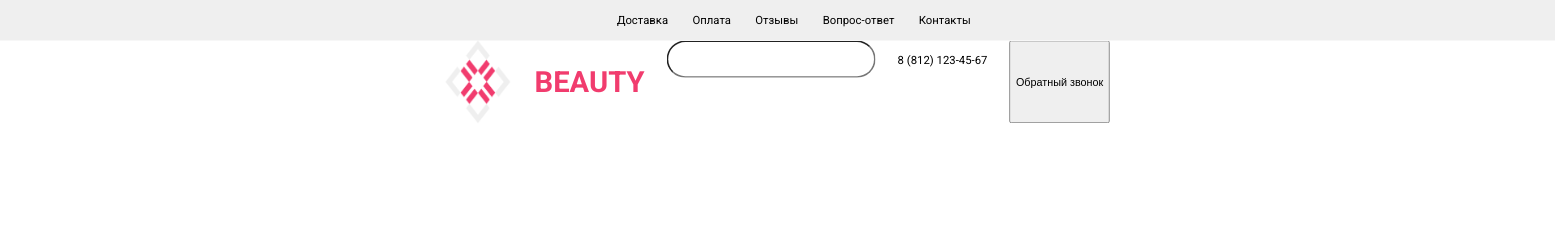
Repository: savannaaaas/verstka
Page: index.html
The author's editor kept a copy of each file at every save. The page is drawn from the files as they stood at one save, then again after the next save.
The browser window is 1280 px wide. The page is 1920 px wide, so the pictures cover 1920 px, including what lies to the right of the window. The pictures show the whole page, at 81% of full size.
Some web fonts or font styles are not loaded; a fallback is used.

Above is the page before, as saved 2025-04-15 15:47:59.

### index.html
<!DOCTYPE html>
<html lang="en">
<head>
    <meta charset="UTF-8">
    <meta name="viewport" content="width=device-width, initial-scale=1.0">
    <title>Figma</title>
    <link rel="preconnect" href="https://fonts.googleapis.com">
    <link rel="preconnect" href="https://fonts.gstatic.com" crossorigin>
    <link href="https://fonts.googleapis.com/css2?family=Istok+Web:ital,wght@0,400;0,700;1,400;1,700&family=Italiana&family=Jura:wght@300..700&family=Roboto:ital,wght@0,100..900;1,100..900&display=swap" rel="stylesheet">
    <link rel="stylesheet" href="style.css">
</head>
<body>
    <div class="content">
        <div class="top-line">
            <ul>
                <li>Доставка</li>
                <li>Оплата</li>
                <li>Отзывы</li>
                <li>Вопрос-ответ</li>
                <li>Контакты</li>
            </ul>
        </div>
    <div class="second-line">
            <div class="logo"><img alt="logo" src="logo.png">
            <h1>BEAUTY</h1>
            </div>
            <input class="search">
            <p>8 (812) 123-45-67</p>
            <button>Обратный звонок</button>
        </div>
    </div>


</body>
</html>

### style.css
body {
    min-height: 100vh;
    width: 1920px;
    scroll-behavior: smooth;
    text-rendering: optimizeSpeed;
    line-height: 1.5;
    margin: 0;
    padding: 0;
    font-family: "Roboto", sans-serif;
    font-weight: 400;
    font-style: normal;
    font-size: 14px;

  }
  .content{
  }
  .top-line{
    display: flex;
    background-color: #EFEFEF;
    height: 50px;
    align-items: center;
    justify-content: center;

  }
   .top-line ul{
    display: flex;
    list-style: none;
    flex-wrap: nowrap;
    gap: 30px;
   }
   .second-line{
    display: flex;
    margin: 0 550px;
  justify-content: space-between;
   }

.logo{
    display: flex;
    flex-wrap: nowrap;
    gap: 30px;
   }
.logo img{
    width: 80px;
}
 .logo h1{
    font-size: 36px;
    color: #F13C6E;
   }
   .search{
    width: 250px;
    height: 40px;
    border-radius: 40px;
    background-color: EFEFEF;
   }

After the next save:
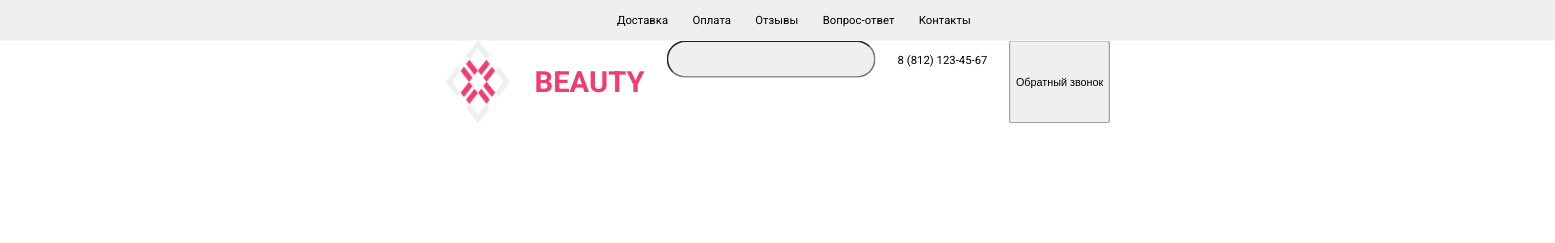
Saved 9 s later.
--- a/style.css
+++ b/style.css
@@ -50,5 +50,5 @@
     width: 250px;
     height: 40px;
     border-radius: 40px;
-    background-color: EFEFEF;
+    background-color: #EFEFEF;
    }
